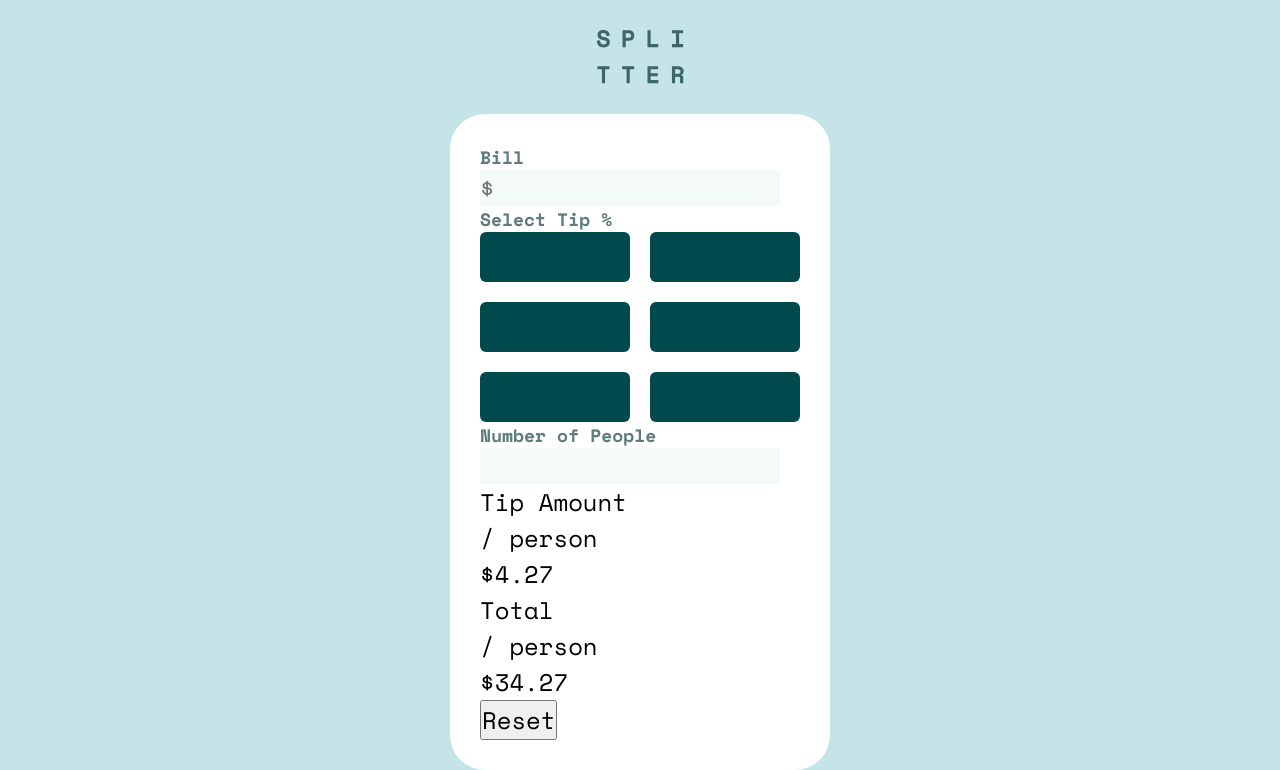
Repository: tomas938/tipcalculator
Page: /
The author's editor kept a copy of each file at every save. The page is drawn from the files as they stood at one save, then again after the next save.
The browser window is 1280 px wide. The pictures show the whole page.
The project was rebuilt for these pictures with package versions that can differ from the ones it lists, and the page was loaded fresh each time.

Above is the page before, as saved 2021-08-03 22:17:18.

After the next save:
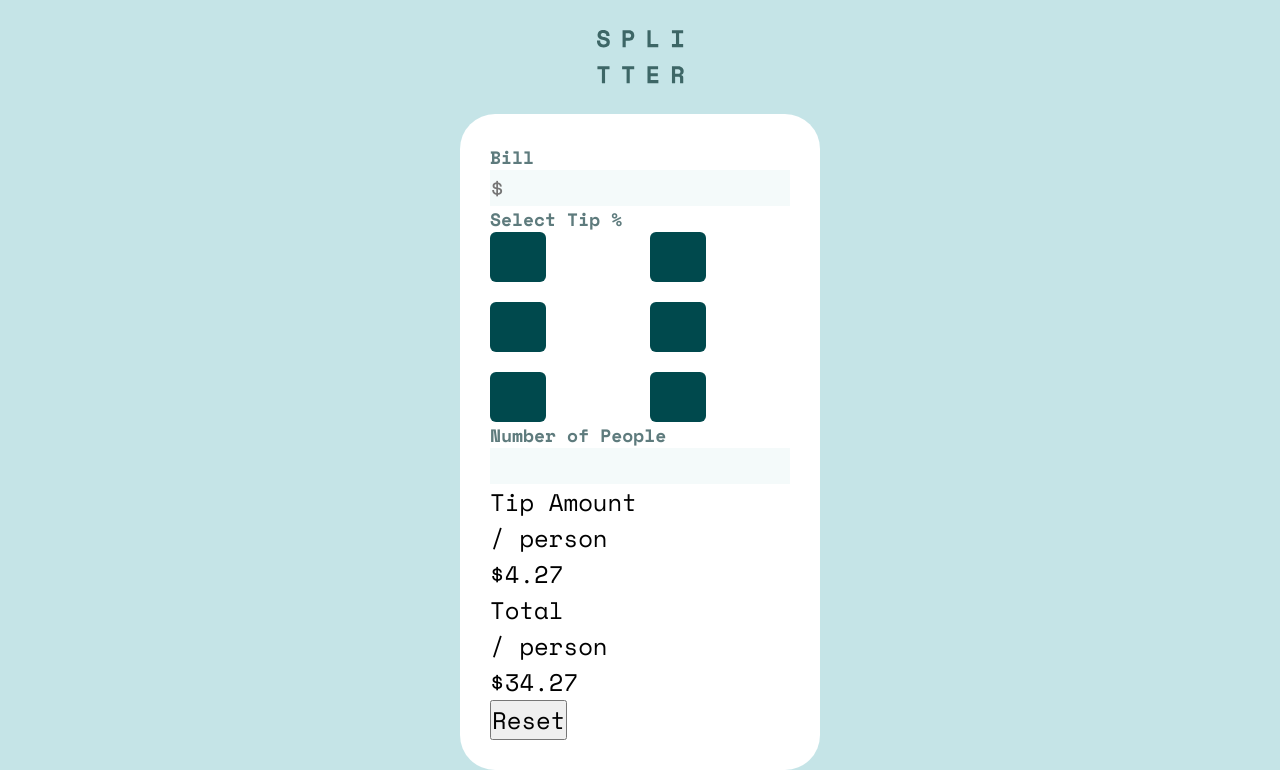
Saved 96 s later.
--- a/src/components/Splitter.vue
+++ b/src/components/Splitter.vue
@@ -70,7 +70,7 @@ svg {
 		grid-template-rows: repeat(3, 1fr);
 	}
 	&__grid__item {
-		width: 150px;
+		width: 40%;
 		height: 50px;
 		border-radius: 6px;
 		background-color: hsl(183, 100%, 15%);
